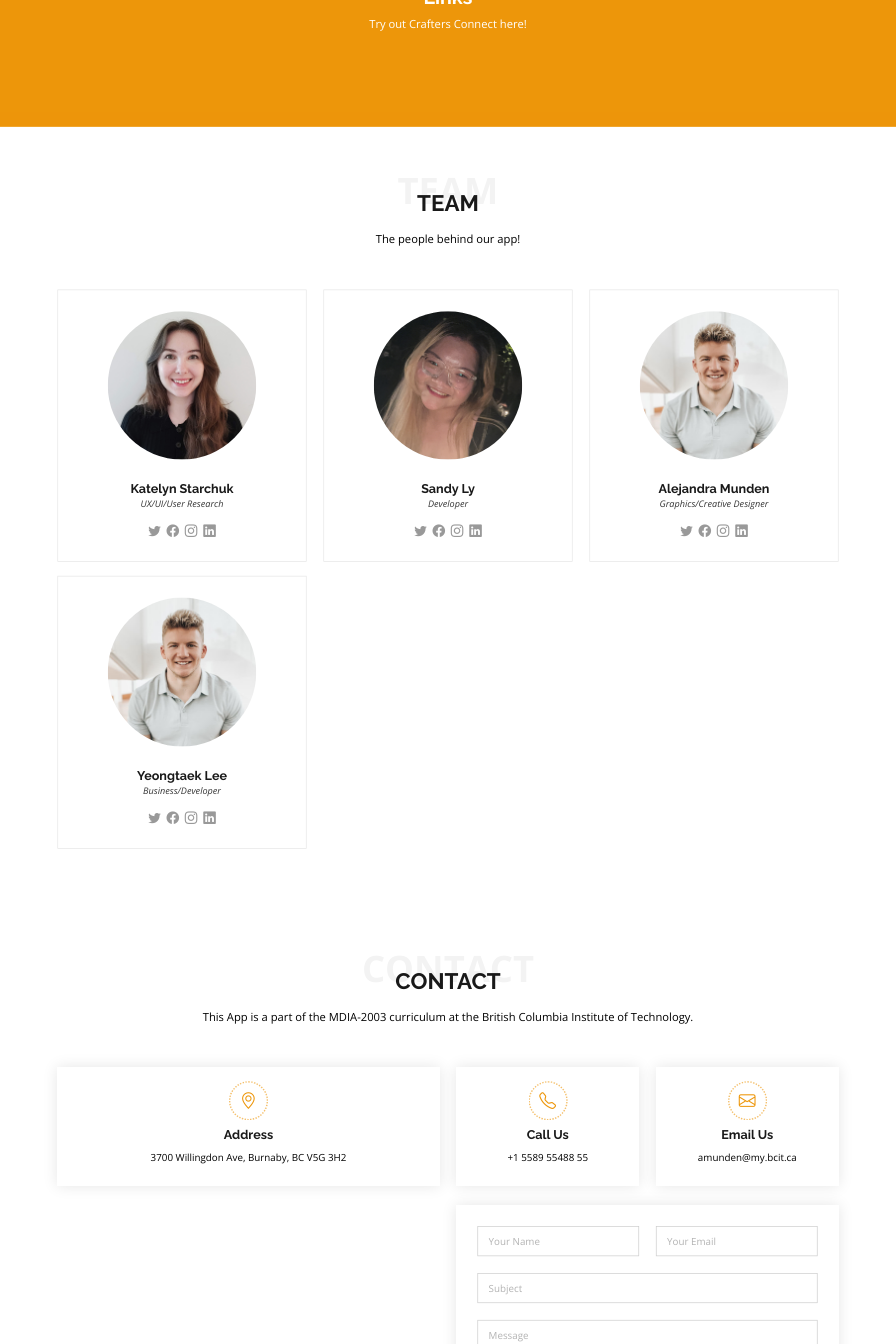
Repository: alemunden/Crafter-Connect-Marketing-Website
Page: index.html
These files come from the project's save history. The page is drawn as it stood at one moment and after the next save; the edit follows.
The browser window is 1280 px wide. The pictures show the part of the page from y = 2381 to 4301 px (the page is 5185 px tall), at 70% of full size.
Pictures or frames that could not be fetched are drawn as grey boxes. A picture or video elsewhere on the page could not be fetched, so the positions and the page height are approximate.

Above is the page before, as saved 2024-05-15 16:03:38.

After the next save:
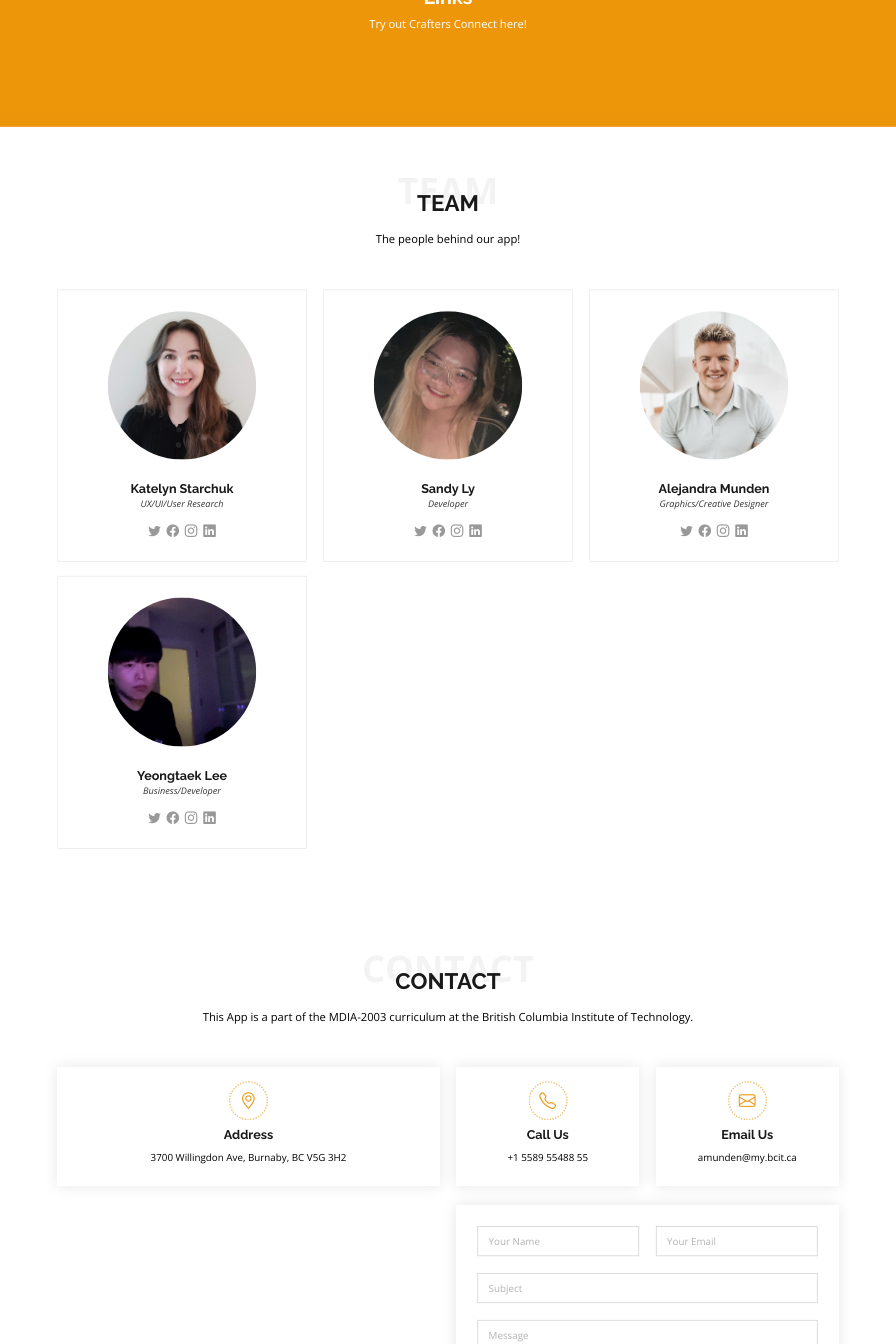
Saved 3 min 23 s later.
--- a/index.html
+++ b/index.html
@@ -268,7 +268,7 @@
 
           <div class="col-lg-4 col-md-6 d-flex" data-aos="fade-up" data-aos-delay="300">
             <div class="member">
-              <img src="assets/img/team/team-3.jpg" class="img-fluid" alt="">
+              <img src="assets/img/team/yeongtaekphoto.jpg" class="img-fluid" alt="">
               <div class="member-content">
                 <h4>Yeongtaek Lee</h4>
                 <span>Business/Developer</span>
